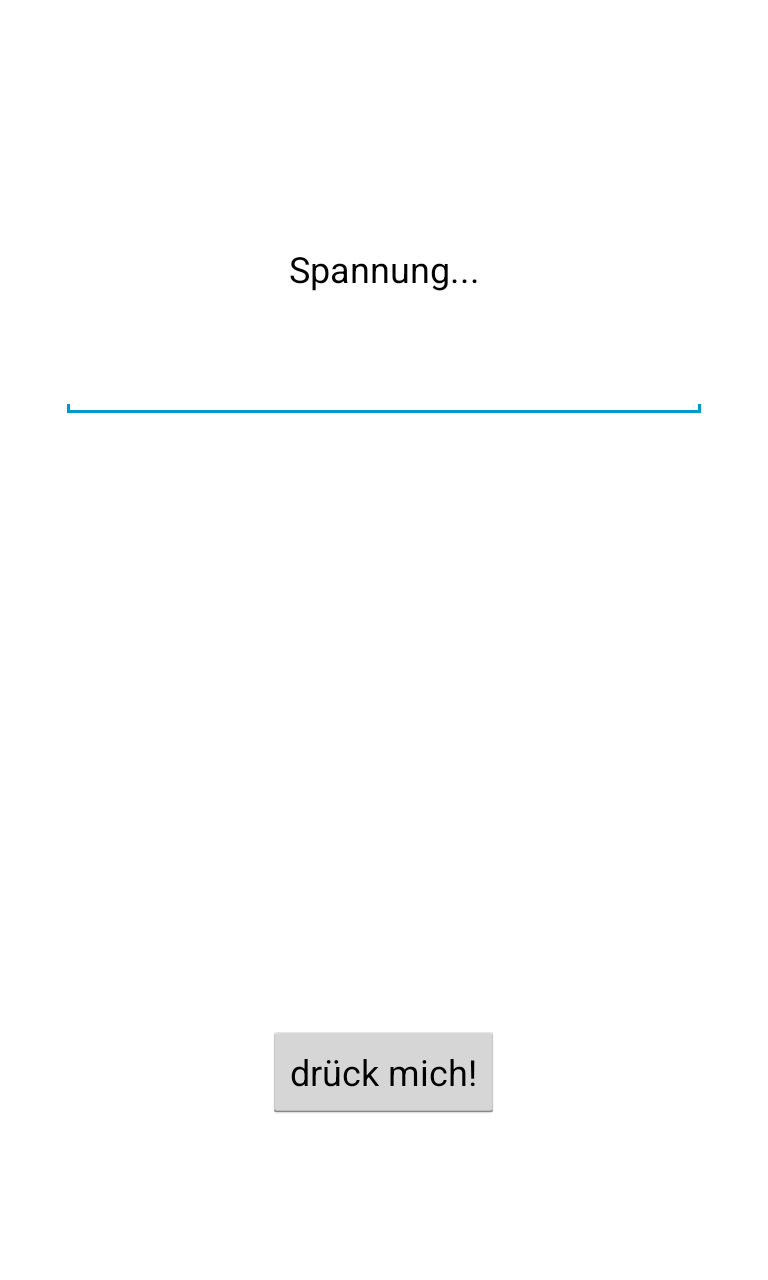
Repository: flashback2k12/ChristmasPresent
Layout: ChristmasPresent/res/layout/activity_secound_coupon.xml
The author's editor kept a copy of each file at every save. The layout is drawn from the files as they stood at one save, then again after the next save.
It is drawn on a 768 x 1280 px phone screen (xhdpi) without system bars, with theme AppTheme; the app's code is not run.

Above is the layout before, as saved 2012-12-19 19:30:28.

After the next save:
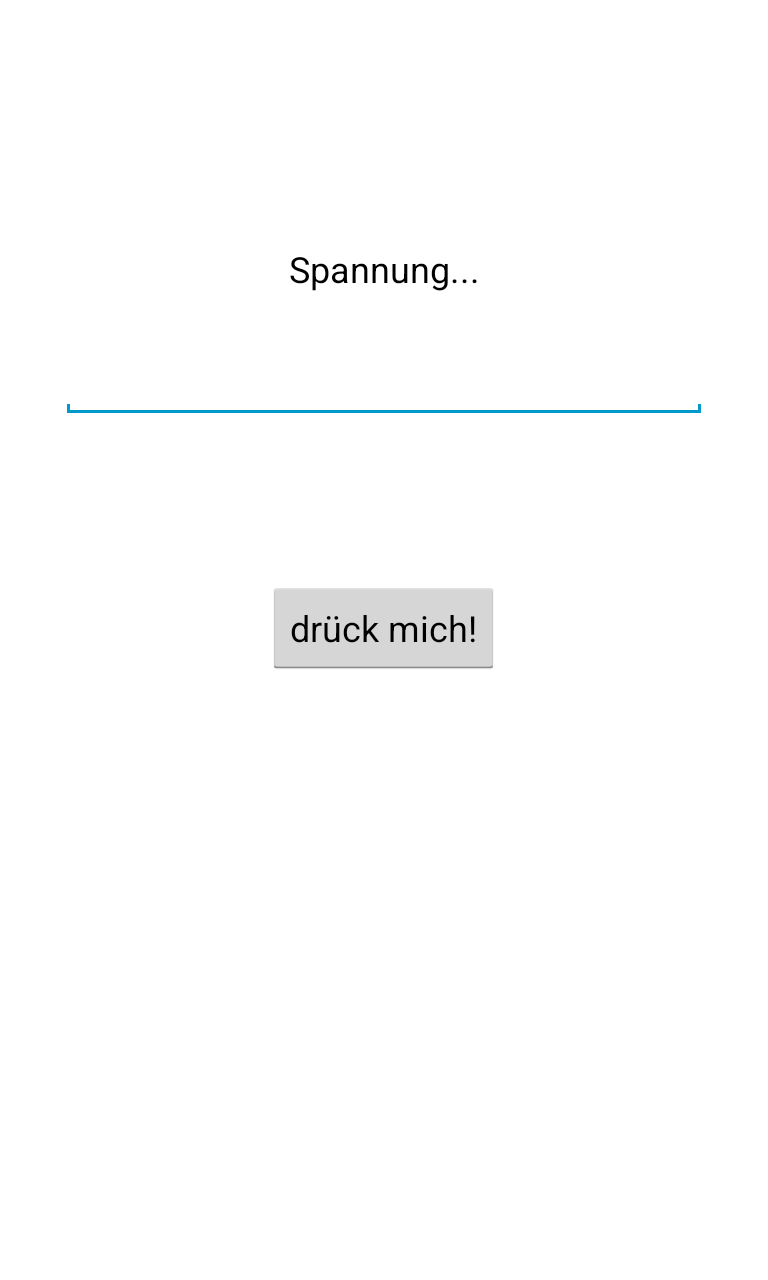
Saved 5 min 51 s later.
--- a/ChristmasPresent/res/layout/activity_secound_coupon.xml
+++ b/ChristmasPresent/res/layout/activity_secound_coupon.xml
@@ -2,16 +2,6 @@
 <RelativeLayout xmlns:android="http://schemas.android.com/apk/res/android"
     android:layout_width="match_parent"
     android:layout_height="match_parent">
-
-    <Button
-        android:id="@+id/button1SC"
-        android:layout_width="wrap_content"
-        android:layout_height="wrap_content"
-        android:layout_alignParentBottom="true"
-        android:layout_centerHorizontal="true"
-        android:layout_marginBottom="80dp"
-        android:onClick="BtnSecoundCoupon"
-        android:text="@string/button_standard" />
 
     <EditText
         android:id="@+id/etGutschein2"
@@ -34,4 +24,14 @@
         <requestFocus />
     </EditText>
 
+    <Button
+        android:id="@+id/button1SC"
+        android:layout_width="wrap_content"
+        android:layout_height="wrap_content"
+        android:layout_below="@+id/etGutschein2"
+        android:layout_centerHorizontal="true"
+        android:layout_marginTop="80dp"
+        android:onClick="BtnSecoundCoupon"
+        android:text="@string/button_standard" />
+
 </RelativeLayout>
